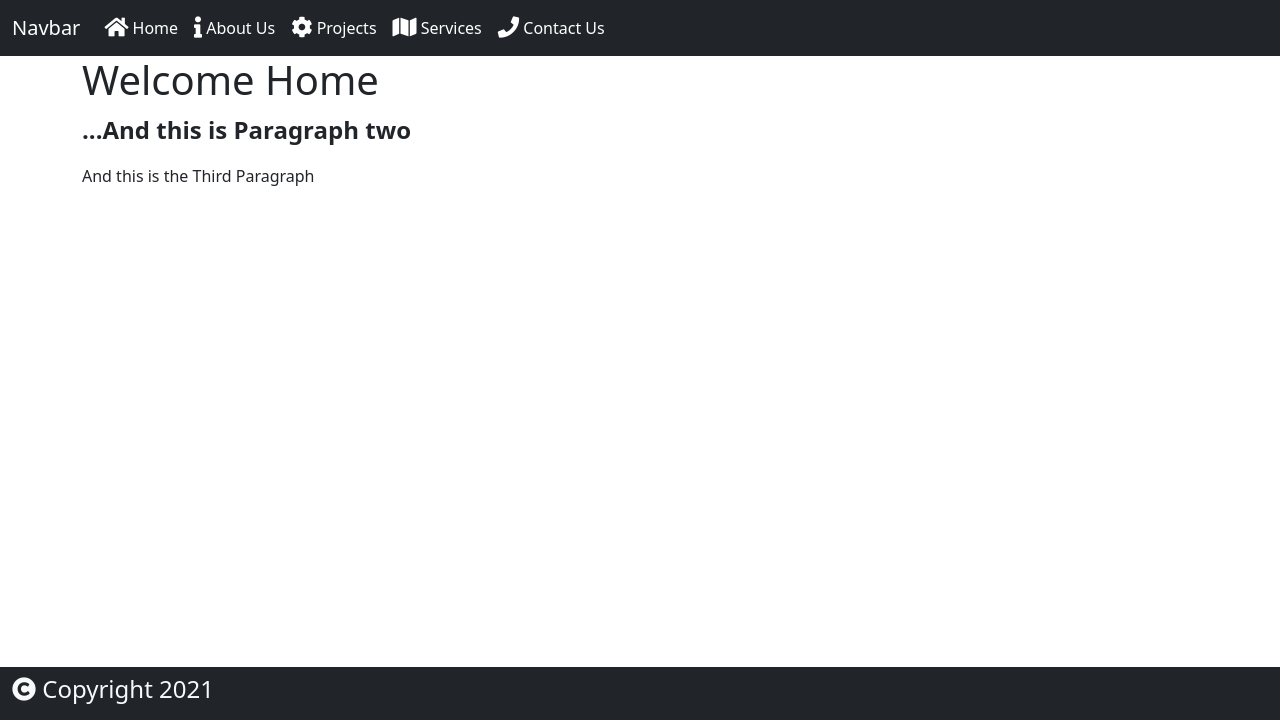
Repository: CKM206/WEBD6201-W2021---ICE1
Page: index.html
These files come from the project's save history. The page is drawn as it stood at one moment and after a run of saves; the edit follows.
The browser window is 1280 px wide. The pictures show the whole page.

Above is the page before, as saved 2021-01-21 08:35:13.

After the next 2 saves:
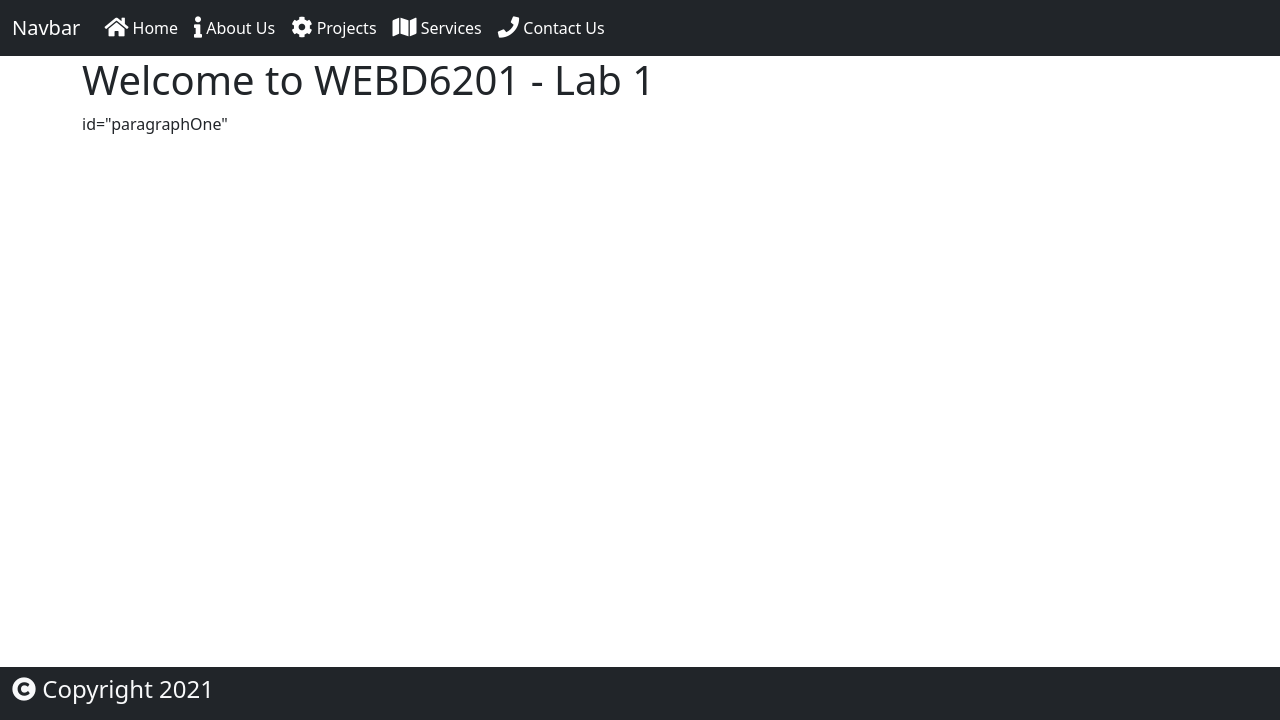
The 2 saves are shown as one change because they came seconds apart.
The last was saved 4 min 19 s later.
--- a/Scripts/app.js
+++ b/Scripts/app.js
@@ -77,7 +77,14 @@
        mainContent.removeChild(paragraphOneElement);
 
        // Updating & Modification
-       mainContent.firstElementChild.textContent = "Welcome Home";
+       //-Targetted Modifcation
+       //mainContent.firstElementChild.textContent = "Welcome Home";
+
+
+       mainContent.innerHTML =
+       ' <h1 id="firstHeading">Welcome to WEBD6201 - Lab 1</h1>' +
+       '<p>id="paragraphOne"</p>';
+
 
 
     }
